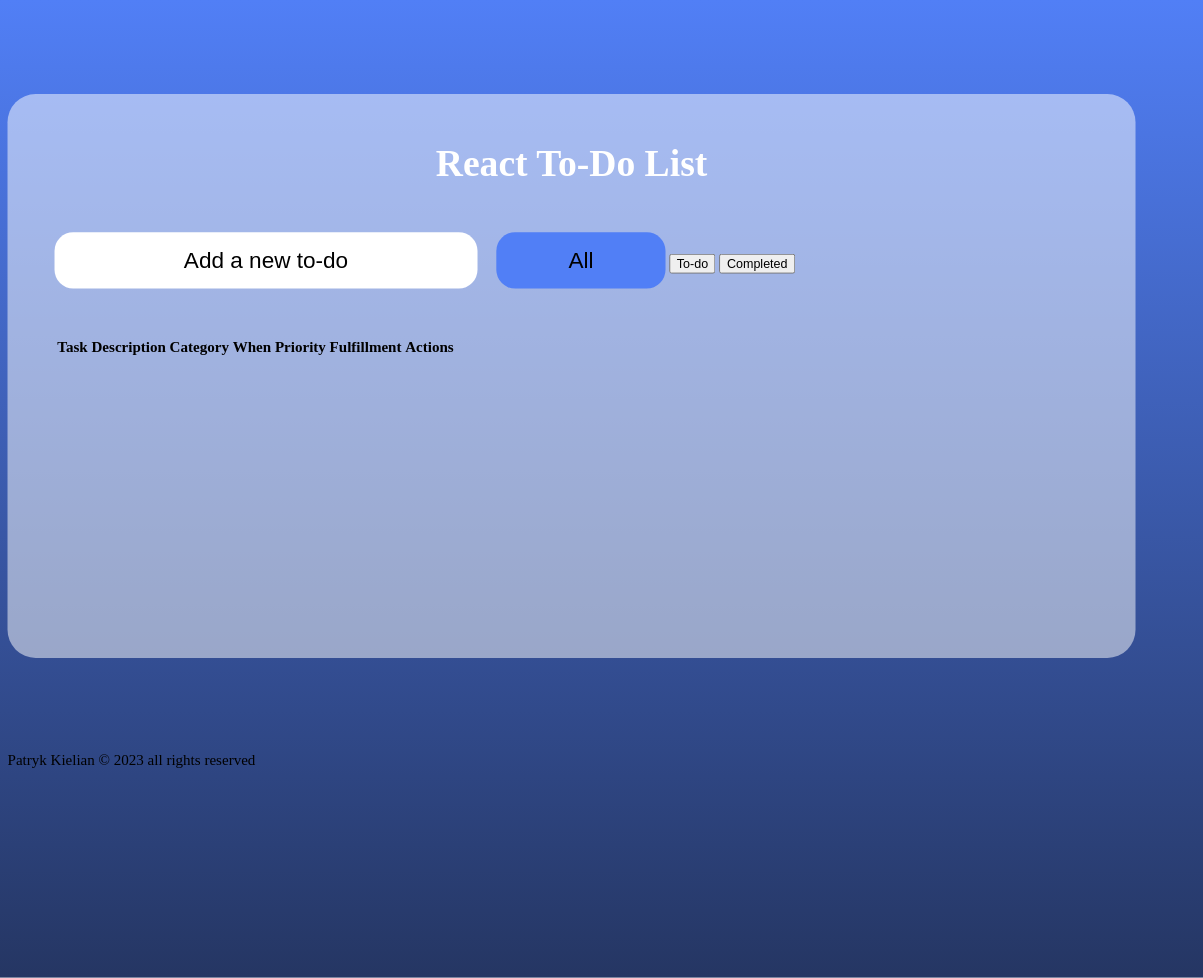
Repository: mirajane2/maquette-todo
Page: index.html
These files come from the project's save history. The page is drawn as it stood at one moment and after the next save; the edit follows.
The browser window is 1280 px wide. The pictures show the whole page, at 94% of full size.

Above is the page before, as saved 2024-11-13 11:11:54.

After the next save:
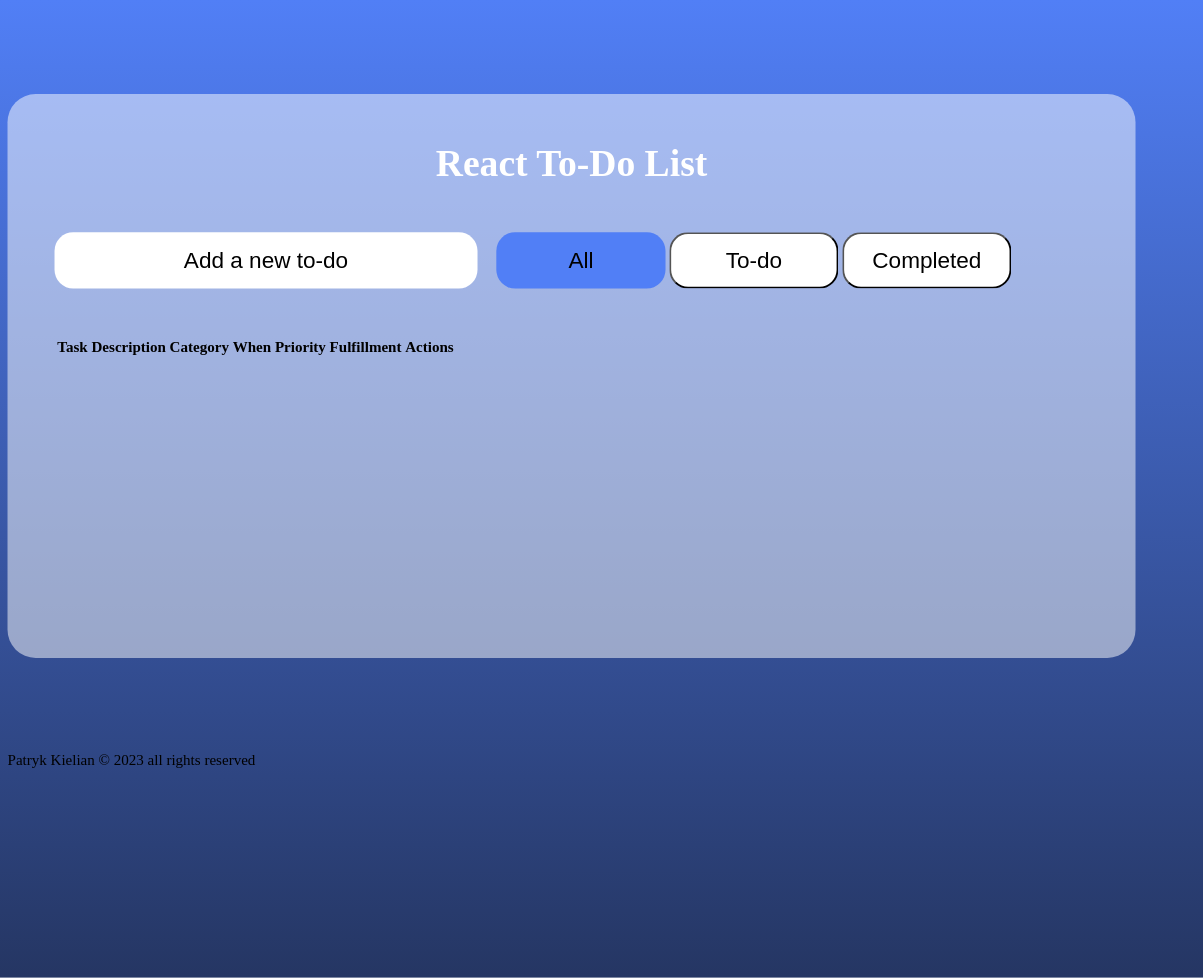
Saved 7 min 22 s later.
--- a/index.css
+++ b/index.css
@@ -52,5 +52,13 @@ html{
     margin-left: 20px;
     padding: 0;
     border: none;
+}
+
+.options{
+    background-color: #FFFFFF;
+    width: 180px;
+    height: 60px;
+    border-radius: 20px;
+    font-size: 24px;
 
 }
